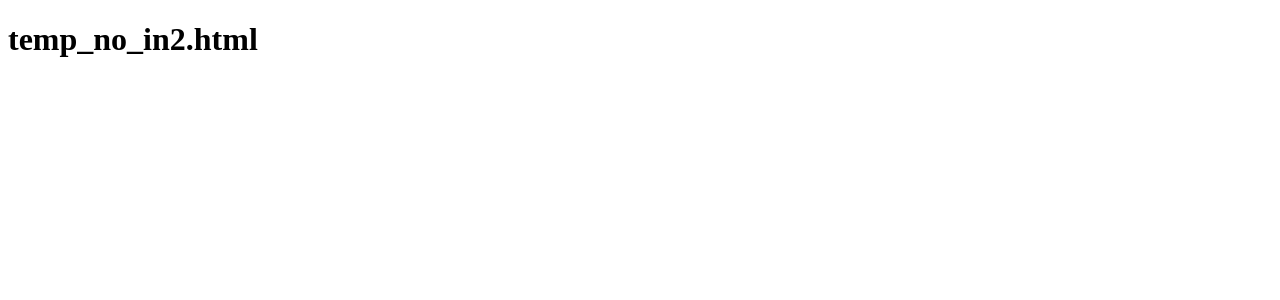
Repository: choicoding1026/Django
Page: django06_template_inheritance/myapp/templates/temp_in2.html
An editor plug-in stored every save of this project. The page is shown before and after the next save, followed by the edit.
The browser window is 1280 px wide. The pictures show the whole page.

Above is the page before, as saved 2020-09-24 01:53:21.

After the next save:
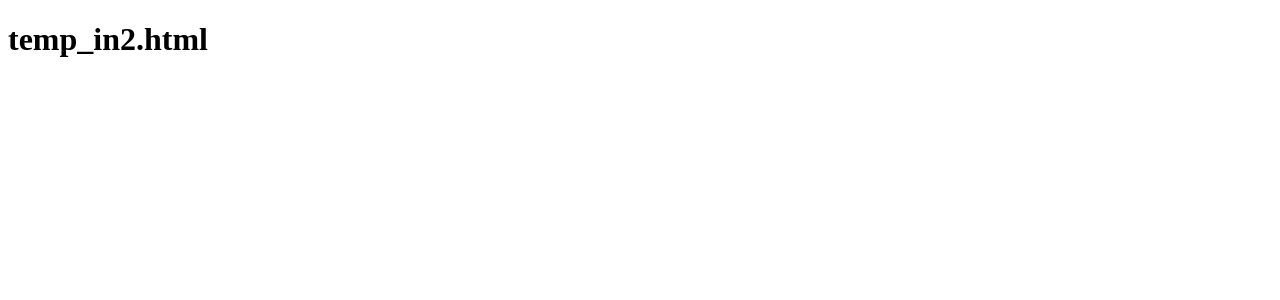
Saved 9 s later.
--- a/django06_template_inheritance/myapp/templates/temp_in2.html
+++ b/django06_template_inheritance/myapp/templates/temp_in2.html
@@ -5,6 +5,6 @@
 <title>Insert title here</title>
 </head>
 <body>
-<h1>temp_no_in2.html</h1>
+<h1>temp_in2.html</h1>
 </body>
 </html>
